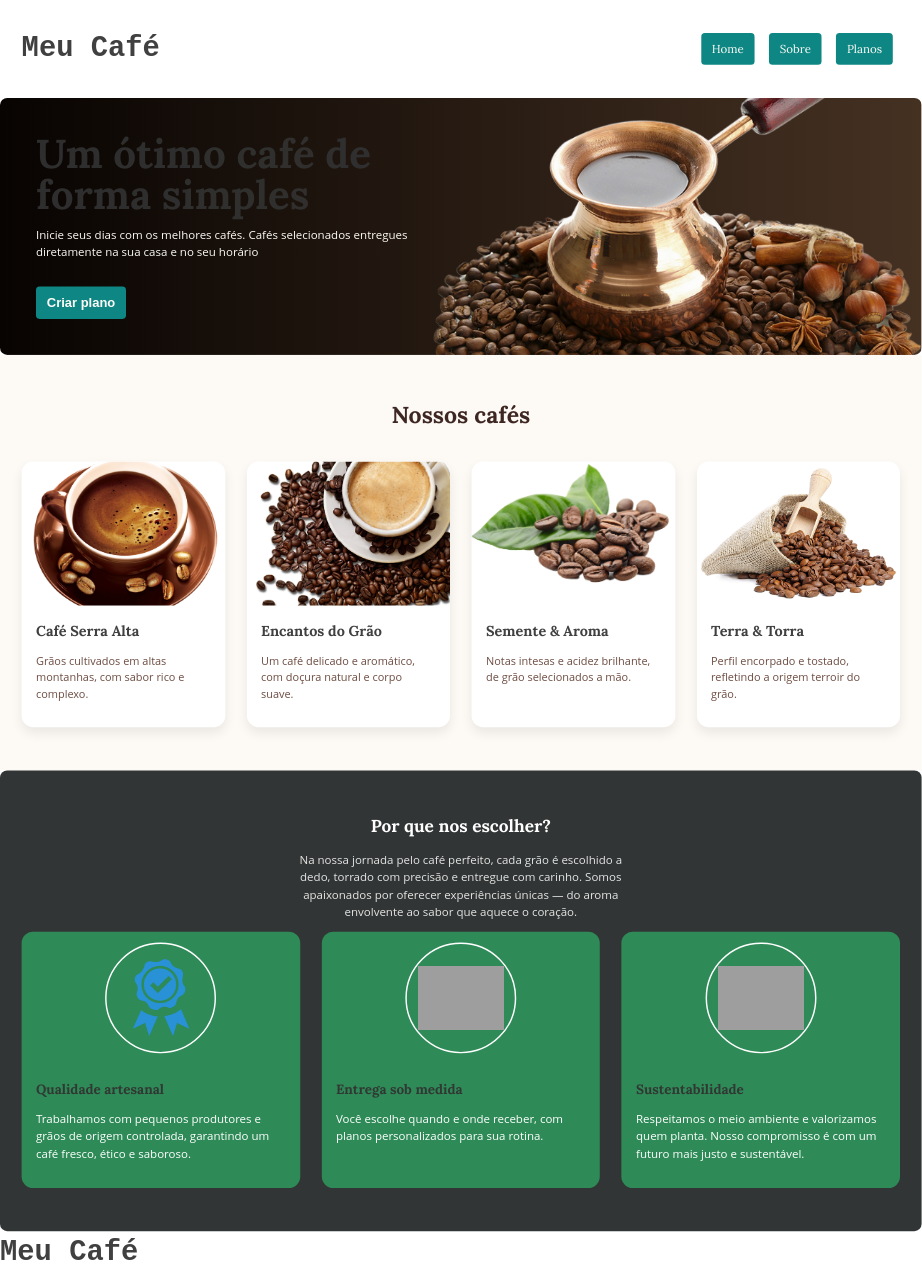
Repository: meiotera/meu_cafe.dev
Page: /
The author's editor kept a copy of each file at every save. The page is drawn from the files as they stood at one save, then again after the next save.
The browser window is 1280 px wide. The pictures show the whole page, at 72% of full size.
Pictures or frames that could not be fetched are drawn as grey boxes. The project was rebuilt for these pictures with package versions that can differ from the ones it lists, and the page was loaded fresh each time. Also part of the build but not shown: vite.config.js, src/Pages/AboutUs.jsx, src/Pages/YourPlane.jsx.

Above is the page before, as saved 2025-04-03 18:21:31.

### src/index.css
@import url('https://fonts.googleapis.com/css2?family=Lora:wght@400;700&display=swap');

:root {
  font-family: 'Lora', sans-serif;
  line-height: 1.5;
  font-weight: 400;
  box-sizing: border-box; /* Mantido */

  color: rgba(255, 255, 255, 0.87);

  font-synthesis: none;
  text-rendering: optimizeLegibility;
  -webkit-font-smoothing: antialiased;
  -moz-osx-font-smoothing: grayscale;
}

a {
  font-weight: 500;
  color: #646cff;
  text-decoration: inherit;
}
a:hover {
  color: #535bf2;
}

h1,
h2,
h3 {
  font-family: 'Lora', sans-serif;
  color: rgba(50, 49, 49, 0.93);
  margin: 0; /* Removido o margin */
}

p {
  font-family: 'Open Sans', sans-serif;
}

body {
  max-width: 1280px;
  margin: 0 auto;
}

### src/App.jsx
import React from 'react';
import { BrowserRouter, Routes, Route } from 'react-router-dom';

import Home from './Pages/Home';
import AboutUs from './Pages/AboutUs';
import YourPlane from './Pages/YourPlane';

import Header from './components/Header/Header';
import Main from './components/Main/Main';
import Footer from './components/Footer/Footer';

function App() {
  return (
    <>
      <BrowserRouter>
        <Header />

        <Main>
          <Routes>
            <Route path="/" element={<Home />} />
            <Route path="/sobre" element={<AboutUs />} />
            <Route path="planos" element={<YourPlane />} />
          </Routes>
        </Main>

        <Footer />
      </BrowserRouter>
    </>
  );
}

export default App;

### src/Pages/Home.jsx
import React from 'react';
import Banner from '../components/Banner/Banner';

import styles from './Home.module.css';
import Card from '../components/Card/Card';

const Home = () => {
  return (
    <>
      <Banner
        titulo={'Um ótimo café de forma simples'}
        imagem={'artesanal'}
        texto={
          'Inicie seus dias com os melhores cafés. Cafés selecionados entregues diretamente na sua casa e no seu horário'
        }
        botao={'Criar plano'}
      />

      <section className={styles.collection}>
        <div className={styles.titulo}>
          <h2>Nossos cafés</h2>
        </div>

        <div className={styles.collectionCards}>
          <Card
            titulo={'Café Serra Alta'}
            paragrafo={
              'Grãos cultivados em altas montanhas, com sabor rico e complexo.'
            }
            imagem={'serraalta'}
          />

          <Card
            titulo={'Encantos do Grão'}
            paragrafo={
              'Um café delicado e aromático, com doçura natural e corpo suave.'
            }
            imagem={'encantos'}
          />

          <Card
            titulo={'Semente & Aroma'}
            paragrafo={
              'Notas intesas e acidez brilhante, de grão selecionados a mão.'
            }
            imagem={'sementeearoma'}
          />

          <Card
            titulo={'Terra & Torra'}
            paragrafo={
              ' Perfil encorpado e tostado, refletindo a origem terroir do grão.'
            }
            imagem={'terraetorra'}
          />
        </div>
      </section>

      <section className={styles.porque}>
        <div className={styles.descricao}>
          <h2>Por que nos escolher?</h2>

          <p>
            Na nossa jornada pelo café perfeito, cada grão é escolhido a dedo,
            torrado com precisão e entregue com carinho. Somos apaixonados por
            oferecer experiências únicas — do aroma envolvente ao sabor que
            aquece o coração.
          </p>
        </div>
        <div className={styles.collectionCardsPorque}>
          <Card
            cardDestaque={styles.cardDestaque}
            imgClassName={styles.imgContainer}
            textoClassName={styles.textoBranco}
            circular={true}
            titulo={'Qualidade artesanal'}
            paragrafo={
              'Trabalhamos com pequenos produtores e grãos de origem controlada, garantindo um café fresco, ético e saboroso.'
            }
            imagem={'quality'}
          />

          <Card
            cardDestaque={styles.cardDestaque}
            imgClassName={styles.imgContainer}
            textoClassName={styles.textoBranco}
            circular={true}
            titulo={'Entrega sob medida'}
            paragrafo={
              'Você escolhe quando e onde receber, com planos personalizados para sua rotina.'
            }
            imagem={'delivery'}
          />

          <Card
            cardDestaque={styles.cardDestaque}
            imgClassName={styles.imgContainer}
            textoClassName={styles.textoBranco}
            circular={true}
            titulo={'Sustentabilidade'}
            paragrafo={
              'Respeitamos o meio ambiente e valorizamos quem planta. Nosso compromisso é com um futuro mais justo e sustentável.'
            }
            imagem={'natur'}
          />
        </div>
      </section>
    </>
  );
};

export default Home;

### src/components/Header/Header.jsx
import React from 'react';

import styles from './Header.module.css';
import NavBar from '../NavBar/NavBar';
import Banner from '../Banner/Banner';

const Header = () => {
  return (
    <header className={styles.header}>
      <h1 className={styles.titulo}>Meu Café</h1>

      <NavBar />
    </header>
  );
};

export default Header;

### src/components/Main/Main.jsx
import React from 'react';

const Main = ({ children }) => {
  return <main>{children}</main>;
};

export default Main;

### src/components/Footer/Footer.jsx
import React from 'react';
import styles from './Footer.module.css';

const Footer = () => {
  return (
    <footer>
      <h1 className={styles.titulo}>Meu Café</h1>
    </footer>
  );
};

export default Footer;

### src/components/Banner/Banner.jsx
import React from 'react';

import styles from './Banner.module.css';

const Banner = ({ titulo, texto, botao }) => {
  return (
    <div className={styles.banner}>
      <div className={styles.containerText}>
        <h2>{titulo}</h2>

        <p>{texto}</p>
        {botao && <button className={styles.button}>{botao}</button>}
      </div>
    </div>
  );
};

export default Banner;

### src/Pages/Home.module.css
.collection,
.porque {
  padding: 60px 30px;
  background-color: #fdfaf6;
}

.porque {
  background-color: rgb(50, 53, 53);
  border-radius: 10px;

  position: relative;
}

.porque .descricao h2 {
  color: #fff;
}

.descricao {
  text-align: center;
  max-width: 450px;
  margin: 0 auto;
}

.titulo h2 {
  font-size: 2rem;
  text-align: center;
  margin-bottom: 40px;
  color: #3e2723;
}

.collectionCards {
  display: grid;
  grid-template-columns: repeat(auto-fit, minmax(200px, 1fr));
  gap: 30px;
  justify-items: center;

  position: relative;
}

.collectionCardsPorque {
  display: grid;
  grid-template-columns: repeat(auto-fit, minmax(200px, 1fr));
  gap: 30px;
  justify-items: center;
}

/* Estilo para ícone ou imagem circular */
.cardDestaque {
  background-color: seagreen;
  border-radius: 16px;

  color: #fdfaf6;
}

.imgContainer {
  height: 150px;
  width: 150px;
  overflow: hidden;
  display: flex;
  justify-content: center;
  align-items: center;
  border: 2px solid #fff;
  margin: 15px auto;
  border-radius: 50%;
}

.textoBranco {
  color: #fff !important;
  padding: 20px;
}

.cardDestaque .imgContainer img {
  width: 80%;
  height: 80%;
  object-fit: contain;
}

### src/components/Card/Card.jsx
import React from 'react';
import styles from './Card.module.css';
import clsx from 'clsx';

const Card = ({
  titulo,
  paragrafo,
  imagem,
  imgClassName,
  cardDestaque,
  textoClassName,
}) => {
  return (
    <div className={clsx(cardDestaque || styles.cafeCard)}>
      <div className={clsx(imgClassName || styles.imgContainer)}>
        <img src={`../../img/${imagem}.png`} alt={`${imagem}`} />
      </div>
      <div className={clsx(textoClassName || styles.texto)}>
        <h3>{titulo}</h3>
        <p>{paragrafo}</p>
      </div>
    </div>
  );
};

export default Card;

### src/components/Header/Header.module.css
.header {
  height: max-content;
  color: rgba(50, 49, 49, 0.93);

  padding: 30px;
  display: flex;
  flex-wrap: wrap;
  justify-content: center;
  align-items: center;
}

.titulo {
  font-size: 2.5em;
  font-family: 'Courier New', Courier, monospace;
  font-weight: bold;
}

@media screen and (min-width: 548px) {
  .header {
    justify-content: space-between;
  }
}

### src/components/NavBar/NavBar.jsx
import React from 'react';
import { NavLink } from 'react-router-dom';

import styles from './NavBar.module.css';

const NavBar = () => {
  return (
    <nav className={styles.navbar}>
      <ul>
        <li>
          <NavLink to={'/'}>Home</NavLink>
        </li>
        <li>
          <NavLink to={'/sobre'}>Sobre</NavLink>
        </li>
        <li>
          <NavLink to={'/planos'}> Planos</NavLink>
        </li>
      </ul>
    </nav>
  );
};
export default NavBar;

### src/components/Footer/Footer.module.css
.titulo {
  font-size: 2.5em;
  font-family: 'Courier New', Courier, monospace;
  font-weight: bold;
}

### src/components/Banner/Banner.module.css
.banner {
  background-image: url('../../../public/img/artesanal.png'),
    linear-gradient(to left, #453122, #080402);

  background-repeat: no-repeat;
  background-position: right;
  display: flex;

  justify-content: space-between;
  align-items: center;
  padding: 30px 50px;
  border-radius: 10px;
}

.containerText {
  color: #fefcf7;
  max-width: 50%;
  padding: 20px 0;
}

.containerText h2 {
  font-size: 3.5em;
  line-height: 1;
}

.button {
  border: none;
  background-color: #0e8784;
  border-radius: 5px;
  padding: 12px 15px;
  color: #fefcf7;
  font-weight: bold;
  font-size: 18px;
  cursor: pointer;
  margin-top: 20px;
  transition: ease-in-out 0.2s;
}

.button:hover {
  background-color: #189b99;
}

@media screen and (max-width: 820px) {
  .containerText {
    max-width: 500px;
  }
}

### src/components/Card/Card.module.css
.cafeCard {
  background: #fff;
  border-radius: 16px;
  box-shadow: 0 8px 16px rgba(0, 0, 0, 0.08);
  overflow: hidden;
  max-width: 320px;
  transition: transform 0.3s ease, box-shadow 0.3s ease;
}

.cafeCard:hover {
  transform: translateY(-5px);
  box-shadow: 0 12px 24px rgba(0, 0, 0, 0.15);
}

.imgContainer {
  width: 100%;
  height: 200px;
}

.imgContainer img {
  width: 100%;
  height: 100%;
  object-fit: cover;
}

.texto {
  padding: 20px;
}

.texto h3 {
  font-size: 1.25rem;
  margin-bottom: 10px;
}

.texto p {
  font-size: 0.95rem;
  color: #6d4c41;
}

### src/components/NavBar/NavBar.module.css
.navbar ul {
  display: flex;
  padding: 0;
  justify-content: space-between;
}

.navbar li {
  list-style: none;
  margin: 10px;
}

.navbar a {
  padding: 12px 15px;
  background-color: #0e8784;
  border-radius: 5px;
  color: #fefcf7;
}

.navbar a:hover {
  background-color: #189b99;
}

Loaded but not shown: index.html (common file); src/main.jsx (common file)

After the next save:
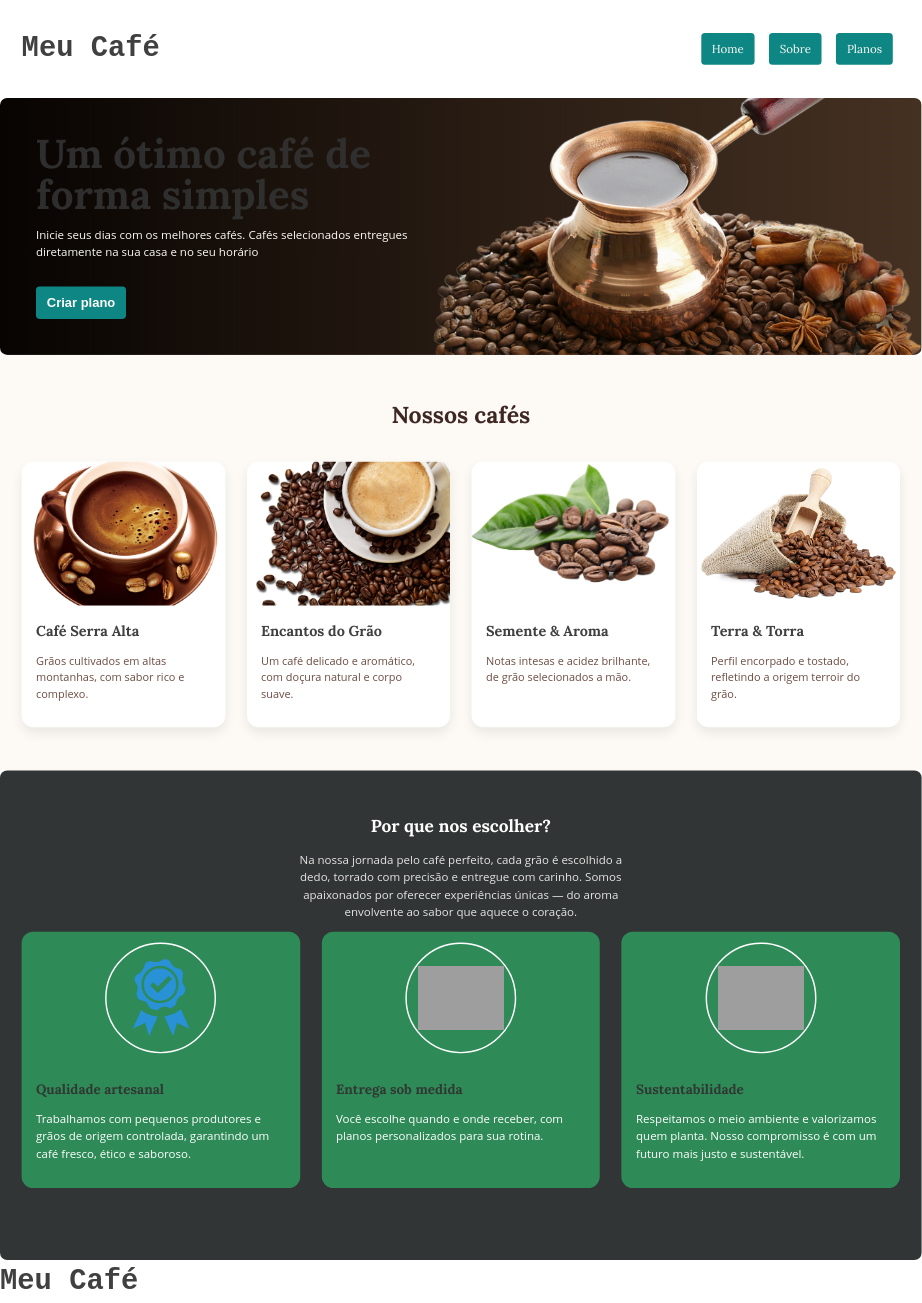
Saved 109 s later.
--- a/src/Pages/Home.module.css
+++ b/src/Pages/Home.module.css
@@ -3,12 +3,12 @@
   padding: 60px 30px;
   background-color: #fdfaf6;
 }
-
 .porque {
   background-color: rgb(50, 53, 53);
   border-radius: 10px;
-
   position: relative;
+  overflow: visible; /* Permite que os filhos vazem pra fora */
+  padding-bottom: 100px; /* espaço pra vazamento */
 }
 
 .porque .descricao h2 {

After the 2 saves that followed:
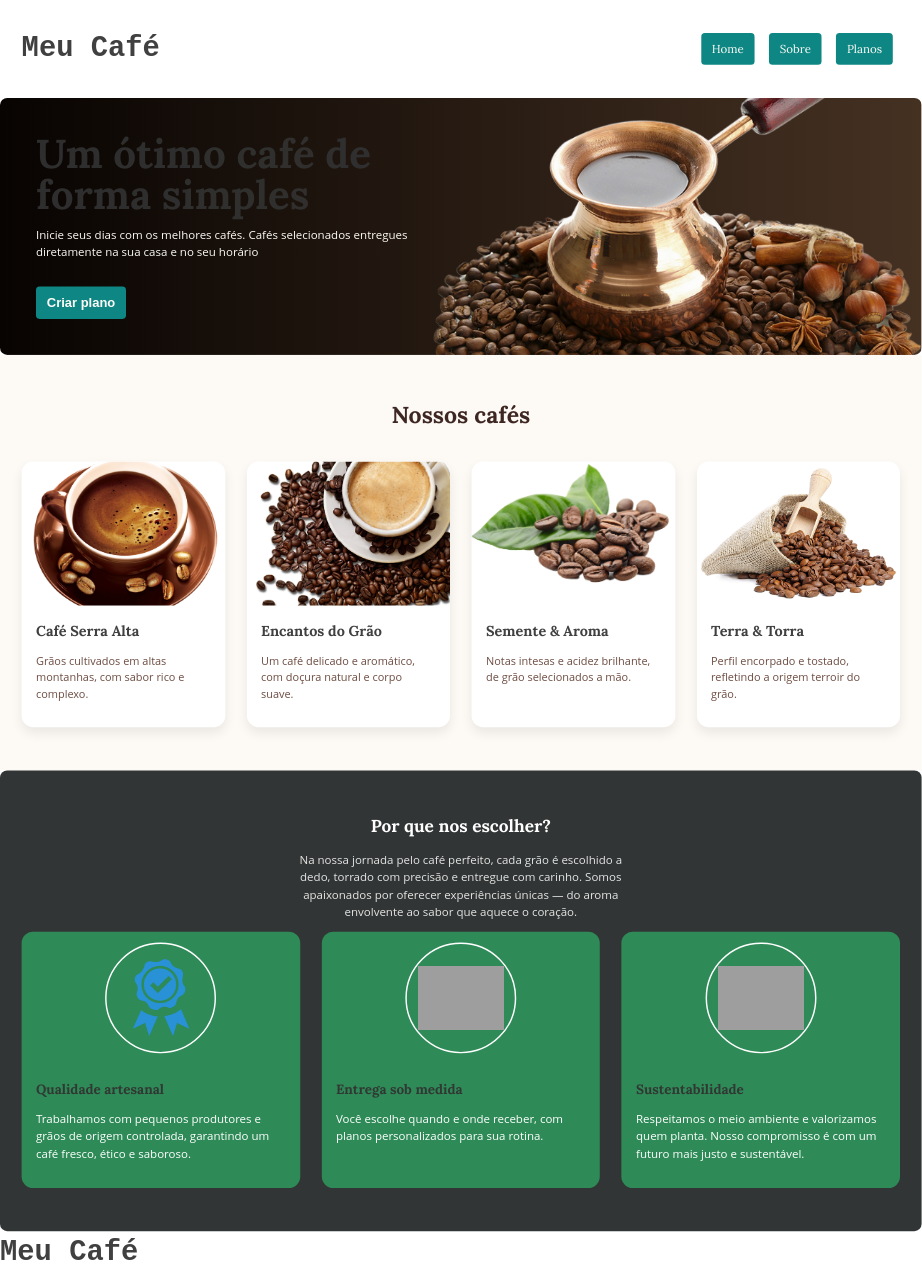
The 2 saves are shown as one change because 1 left the picture as it was.
The last was saved 86 s later.
--- a/src/Pages/Home.module.css
+++ b/src/Pages/Home.module.css
@@ -3,12 +3,12 @@
   padding: 60px 30px;
   background-color: #fdfaf6;
 }
+
 .porque {
   background-color: rgb(50, 53, 53);
   border-radius: 10px;
+
   position: relative;
-  overflow: visible; /* Permite que os filhos vazem pra fora */
-  padding-bottom: 100px; /* espaço pra vazamento */
 }
 
 .porque .descricao h2 {
